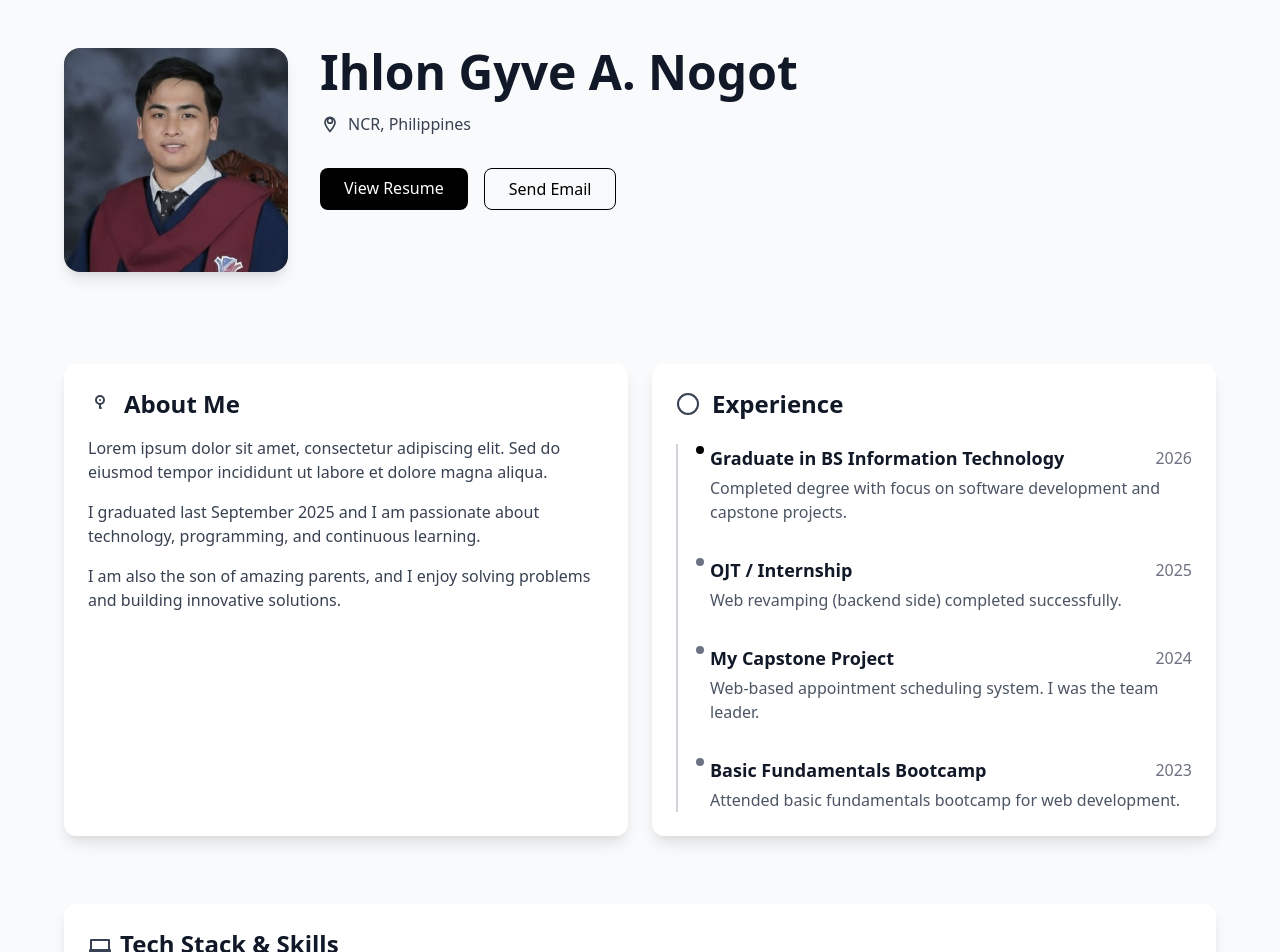
Repository: MeekSharkdev/cv-portfolio
Page: index.html
An editor plug-in stored every save of this project. The page is shown before and after the next save, followed by the edit.
The browser window is 1280 px wide. The pictures show the part of the page from y = 0 to 952 px (the page is 2552 px tall).
A picture or video elsewhere on the page could not be fetched, so the positions and the page height are approximate.

Above is the page before, as saved 2026-01-31 19:37:46.
Not found: styles.css

After the next save:
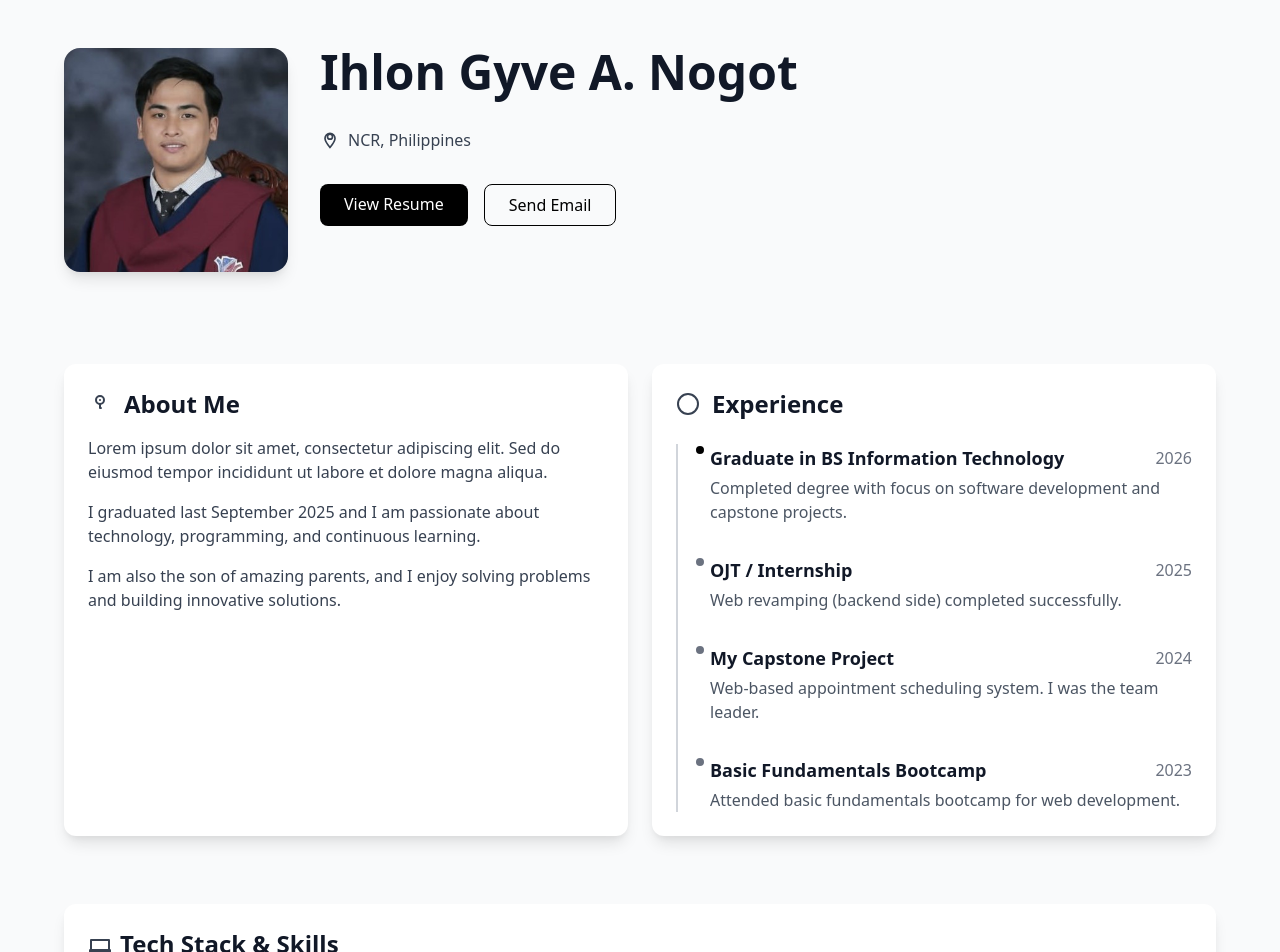
Saved 17 s later.
--- a/index.html
+++ b/index.html
@@ -27,7 +27,7 @@
             <div class="flex flex-col justify-center gap-4">
                 <!-- Full Name -->
                 <h1 class="text-4xl md:text-5xl font-bold">Ihlon Gyve A. Nogot</h1>
-
+                <span></span>
 
                 <!-- Location -->
                 <div class="flex items-center gap-2 text-gray-700">
